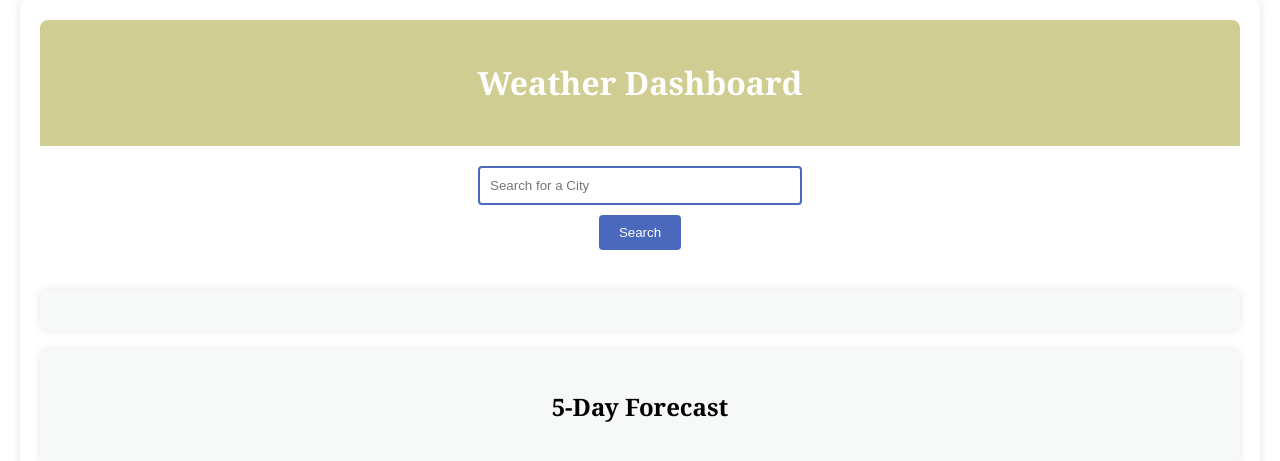
Repository: PaigeC001/WeatherOutlookTracker
Page: WeatherOutlookTracker/index.html
The author's editor kept a copy of each file at every save. The page is drawn from the files as they stood at one save, then again after the next save.
The browser window is 1280 px wide. The pictures show the whole page.

Above is the page before, as saved 2024-07-16 06:36:09.

### WeatherOutlookTracker/index.html
<!DOCTYPE html>
<html lang="en">
<head>
    <meta charset="UTF-8">
    <meta name="viewport" content="width=device-width, initial-scale=1.0">
    <title>Weather Dashboard</title>
    <link rel="stylesheet" href="styles.css">
</head>
<body>
    <div class="container">
        <!-- Added header section -->
        <header>
            <h1>Weather Dashboard</h1>
        </header>
        <main>
            <section class="search-section">
                <input type="text" id="city-input" placeholder="Search for a City">
                <button id="search-button">Search</button>
                <div id="search-history" class="search-history"></div>
            </section>
            <!-- Used sections with IDs for current weather and forecast -->
            <section id="current-weather" class="current-weather"></section>
            <section id="forecast" class="forecast">
                <h2>5-Day Forecast</h2>
                <div id="forecast-items" class="forecast-items"></div>

                <script src="script.js"></script>
</body>
</html>

### WeatherOutlookTracker/styles.css
body {
    font-family: Georgia, 'Times New Roman', Times, serif, sans-serif;
    background: #ffffff;
    margin: 0;
    padding: 0;
    box-sizing: border-box;
}

.container {
    max-width: 1200px;
    margin: 0 auto;
    padding: 20px;
    background: white;
    border-radius: 8px; /* Added border-radius */
    box-shadow: 0 0 10px rgba(0, 0, 0, 0.1);
}

header { /* Updated color scheme */
    text-align: center;
    background: #d0cd93;
    color: white;
    padding: 20px;
    border-radius: 8px 8px 0 0;
}

.search-section {
    display: flex;
    flex-direction: column;
    align-items: center;
    margin: 20px 0;
}

#city-input {
    width: 300px;
    padding: 10px;
    margin-bottom: 10px;
    border: 2px solid #4a69bd;
    border-radius: 4px; /* Added border-radius */
}

#search-button {
    padding: 10px 20px;
    background: #4a69bd;
    color: white;
    border: none;
    border-radius: 4px; /* Added border-radius */
    cursor: pointer;
}

#search-button:hover {
    background: #3b55a0;
}

.search-history {
    display: flex;
    flex-direction: column;
    align-items: center;
    margin-top: 20px;
}

.search-history button {
    width: 300px;
    padding: 10px;
    margin: 5px 0;
    background: #82ccdd;
    color: white;
    border: none;
    border-radius: 4px; /* Added border-radius */
    cursor: pointer;
}

.search-history button:hover {
    background: #60a3bc;
}

.current-weather, .forecast {
    margin: 20px 0;
    padding: 20px;
    background: #f7f9f9;
    border-radius: 8px; /* Added border-radius */
    box-shadow: 0 0 10px rgba(0, 0, 0, 0.1);
}

.current-weather h2 {
    margin: 0;
    padding-bottom: 10px;
    border-bottom: 2px solid #4a69bd;
}

.current-weather img {
    vertical-align: middle;
}

.forecast h2 {
    text-align: center;
    margin-bottom: 20px;
}

.forecast-items {
    display: flex;
    justify-content: space-between; /* Centered text and aligned forecast items in a flex container */
}

.forecast-item {
    flex: 1;
    padding: 10px;
    margin: 0 10px;
    background: #ffffff;
    border-radius: 8px; /* Added border-radius */
    text-align: center;
    box-shadow: 0 0 5px rgba(0, 0, 0, 0.1);
}

.forecast-item img {
    vertical-align: middle;
}

### WeatherOutlookTracker/script.js
const apiKey = 'fe4d8bc132a06db690ae7d80bd8988ae';

const searchButton = document.getElementById('search-button');
const cityInput = document.getElementById('city-input');
const currentWeather = document.getElementById('current-weather');
const forecastItems = document.getElementById('forecast-items');
const searchHistory = document.getElementById('search-history');

let cities = [];

searchButton.addEventListener('click', () => {
    const city = cityInput.value.trim();
    if (city && !cities.includes(city)) {
        cities.push(city);
        updateSearchHistory();
        getWeather(city);
    }
});

searchHistory.addEventListener('click', (event) => {
    if (event.target.tagName === 'BUTTON') {
        const city = event.target.textContent;
        getWeather(city);
    }
});

function updateSearchHistory() {
    searchHistory.innerHTML = '';
    cities.forEach(city => {
        const button = document.createElement('button');
        button.textContent = city;
        searchHistory.appendChild(button);
    });
}

function getWeather(city) {
    fetch(`https://api.openweathermap.org/data/2.5/weather?q=${city}&appid=${apiKey}&units=imperial`)
        .then(response => {
            if (!response.ok) {
                throw new Error('Network response was not ok');
            }
            return response.json();
        })
        .then(data => {
            displayCurrentWeather(data);
            return fetch(`https://api.openweathermap.org/data/2.5/forecast?q=${city}&appid=${apiKey}&units=imperial`);
        })
        .then(response => {
            if (!response.ok) {
                throw new Error('Network response was not ok');
            }
            return response.json();
        })
        .then(data => {
            displayForecast(data);
        })
        .catch(error => {
            console.error('Error fetching weather data:', error);
        });
}

function displayCurrentWeather(data) {
    const { name, dt, weather, main, wind } = data;
    currentWeather.innerHTML = `
        <h2>${name} (${new Date(dt * 1000).toLocaleDateString()}) <img src="https://openweathermap.org/img/wn/${weather[0].icon}.png" alt="${weather[0].description}"></h2>
        <p>Temp: ${main.temp} °F</p>
        <p>Wind: ${wind.speed} MPH</p>
        <p>Humidity: ${main.humidity}%</p>
    `;
}

function displayForecast(data) {
    forecastItems.innerHTML = '';

    const dailyForecasts = [];
    const currentDate = new Date();
    currentDate.setHours(0, 0, 0, 0);

    for (let i = 0; i < data.list.length; i++) {
        const forecast = data.list[i];
        const forecastDate = new Date(forecast.dt * 1000);
        forecastDate.setHours(0, 0, 0, 0);

        if (forecastDate <= currentDate) {
            continue;
        }

        if (dailyForecasts.length === 0 || forecastDate.getDate() !== new Date(dailyForecasts[dailyForecasts.length - 1].dt * 1000).getDate()) {
            dailyForecasts.push(forecast);
        }

        if (dailyForecasts.length === 5) {
            break;
        }
    }

    dailyForecasts.forEach((item) => {
        const { dt, weather, main, wind } = item;
        const forecastItem = document.createElement('div');
        forecastItem.className = 'forecast-item';
        forecastItem.innerHTML = `
            <p>${new Date(dt * 1000).toLocaleDateString()}</p>
            <img src="https://openweathermap.org/img/wn/${weather[0].icon}.png" alt="${weather[0].description}">
            <p>Temp: ${main.temp} °F</p>
            <p>Wind: ${wind.speed} MPH</p>
            <p>Humidity: ${main.humidity}%</p>
        `;
        forecastItems.appendChild(forecastItem);
    });
}

After the next save:
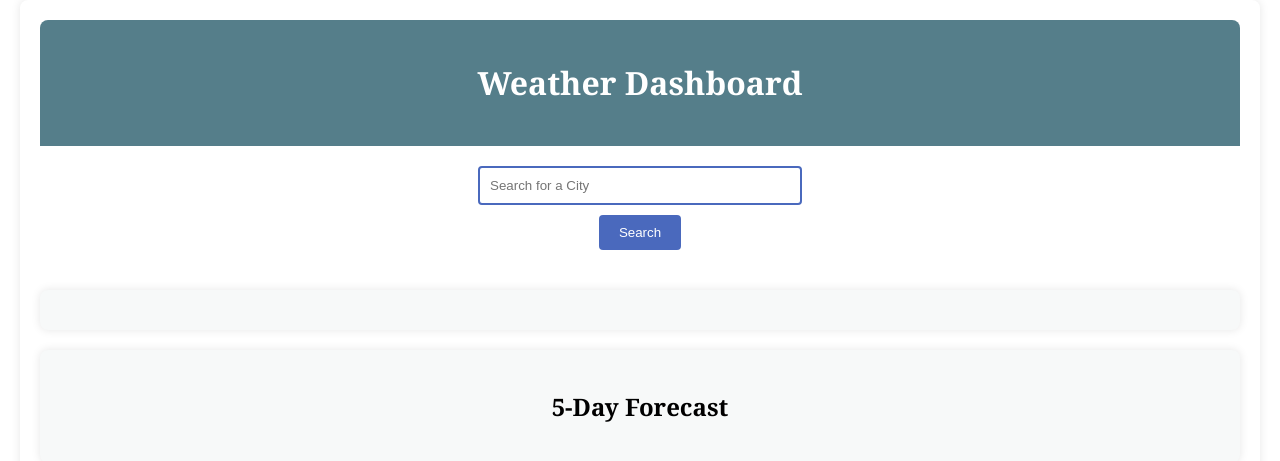
Saved 32 s later.
--- a/WeatherOutlookTracker/styles.css
+++ b/WeatherOutlookTracker/styles.css
@@ -17,7 +17,7 @@ body {
 
 header { /* Updated color scheme */
     text-align: center;
-    background: #d0cd93;
+    background: #557e8a;
     color: white;
     padding: 20px;
     border-radius: 8px 8px 0 0;
